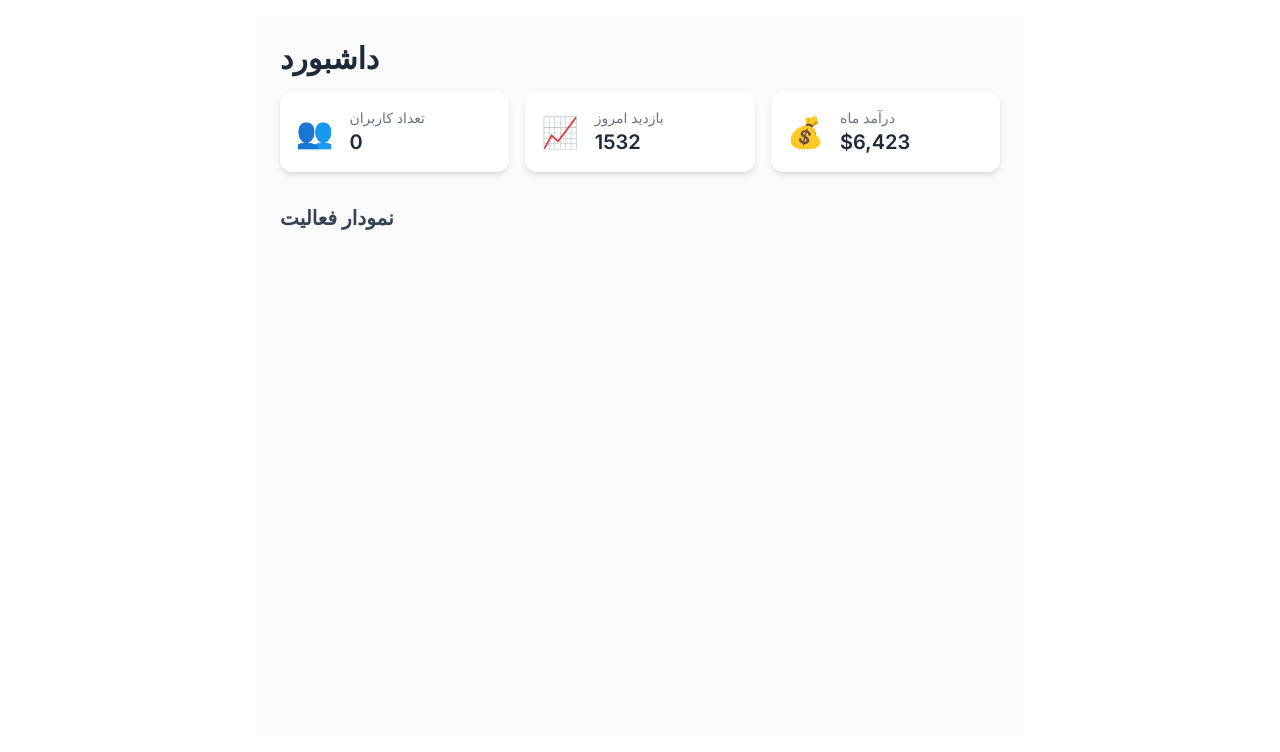
Repository: madmaxmehdi44/location-server
Page: /dashboard
These files come from the project's save history. The page is drawn as it stood at one moment and after the next save; the edit follows.
The browser window is 1280 px wide. The pictures show the whole page.
The page's requests for data from a server got no answer. The project was rebuilt for these pictures with package versions that can differ from the ones it lists, and the page was loaded fresh each time. The framework's server and built-in components were replaced by stand-ins that run in the browser. No one was signed in, and anything a server would have sent is missing. Also part of the build but not shown: next.config.ts.

Above is the page before, as saved 2025-08-09 04:03:38.

### app/layout.tsx
// app/layout.tsx
import 'leaflet/dist/leaflet.css'
import './globals.css'
import { Inter } from 'next/font/google'

const inter = Inter({ subsets: ['latin'] })

export const metadata = {
  title: 'Location Tracker',
  description: 'داشبورد با نقشه و موقعیت کاربران',
}

export default function RootLayout({ children }: { children: React.ReactNode }) {
  return (
    <html lang="fa">
      <body className={inter.className}>
        <main style={{ maxWidth: 800, margin: '0 auto', padding: 16 }}>
          {children}
        </main>
      </body>
    </html>
  )
}

### app/dashboard/page.tsx
/* eslint-disable @typescript-eslint/no-unused-vars */
// app/dashboard/page.tsx
'use client';

import { useEffect, useState } from 'react';
import { Chart } from 'chart.js/auto';
import dynamic from 'next/dynamic';
import Image from 'next/image';
import Card from '../components/Card';

// Load chart dynamically (if it's heavy)
const ChartComponent = dynamic(() => import('../components/ChartComponent'), {
  ssr: false,
});

export default function Dashboard() {
  const [userCount, setUserCount] = useState(0);

  useEffect(() => {
    // مثال: دریافت آمار از API
    fetch('/api/users/count')
      .then(res => res.json())
      .then(data => setUserCount(data.total));
  }, []);

  return (
    <div className="p-6 bg-gray-50 min-h-screen">
      <h1 className="text-3xl font-bold text-gray-800 mb-4">داشبورد</h1>

      <div className="grid grid-cols-1 md:grid-cols-3 gap-4">
        <Card title="تعداد کاربران" value={userCount} icon="👥" />
        <Card title="بازدید امروز" value="1532" icon="📈" />
        <Card title="درآمد ماه" value="$6,423" icon="💰" />
      </div>

      <div className="mt-8">
        <h2 className="text-xl font-semibold text-gray-700 mb-2">نمودار فعالیت</h2>
        {/* <ChartComponent /> */}
      </div>
    </div>
  );
}

### app/components/Card.tsx
// components/Card.tsx
type Props = {
    title: string;
    value: string | number;
    icon?: string;
  };

  export default function Card({ title, value, icon }: Props) {
    return (
      <div className="bg-white shadow-md rounded-xl p-4 flex items-center space-x-4">
        <span className="text-3xl">{icon}</span>
        <div>
          <h3 className="text-sm text-gray-500">{title}</h3>
          <p className="text-xl font-semibold text-gray-800">{value}</p>
        </div>
      </div>
    );
  }

### app/components/ChartComponent.tsx
// components/ChartComponent.tsx
import { useEffect, useRef } from 'react';
import Chart from 'chart.js/auto';

export default function ChartComponent() {
  const canvasRef = useRef<HTMLCanvasElement>(null);

  useEffect(() => {
    const ctx = canvasRef.current!.getContext('2d')!;
    new Chart(ctx, {
      type: 'line',
      data: {
        labels: ['شنبه', 'یکشنبه', 'دوشنبه', 'سه‌شنبه'],
        datasets: [{
          label: 'بازدید‌ها',
          data: [300, 450, 280, 610],
          borderColor: '#3b82f6',
          backgroundColor: 'rgba(59,130,246,0.2)',
          tension: 0.3
        }]
      },
      options: {
        responsive: true,
      }
    });
  }, []);

  return <canvas ref={canvasRef} className="w-full h-64" />;
}

Loaded but not shown: app/globals.css (common file)

After the next save:
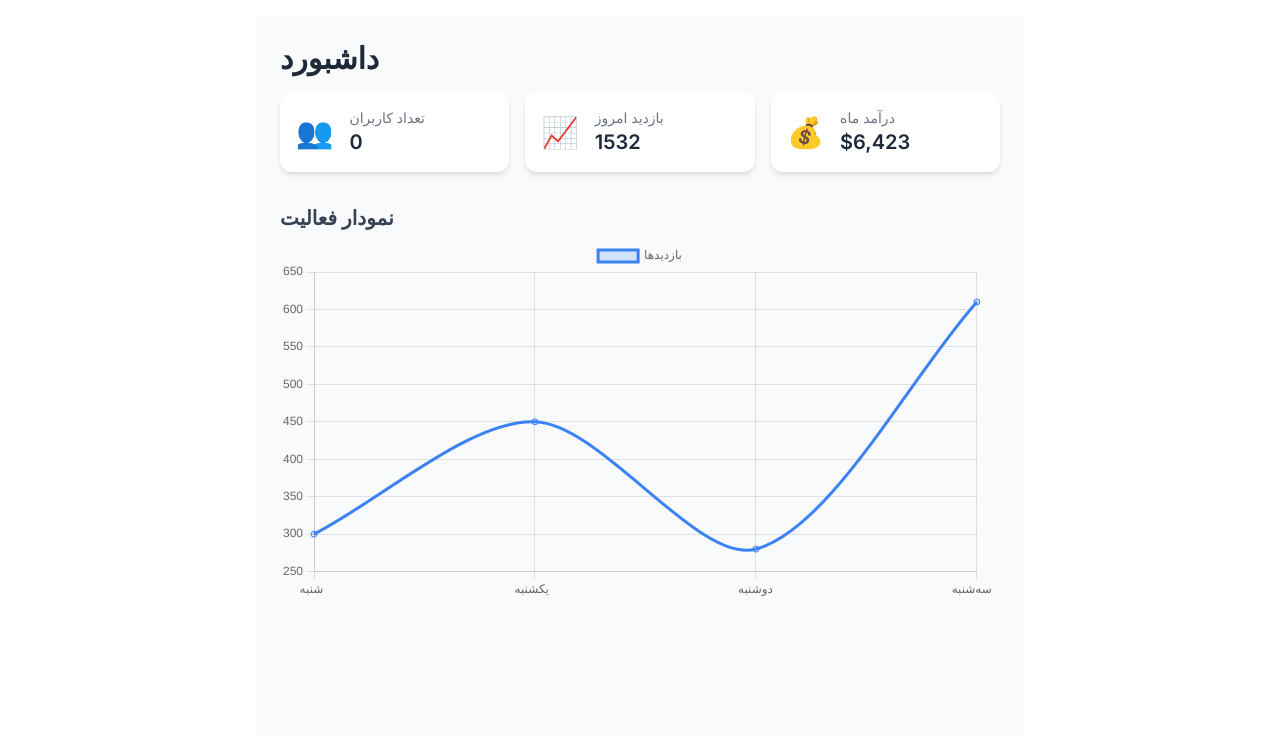
Saved 3 min 7 s later.
--- a/app/dashboard/page.tsx
+++ b/app/dashboard/page.tsx
@@ -35,7 +35,7 @@ export default function Dashboard() {
 
       <div className="mt-8">
         <h2 className="text-xl font-semibold text-gray-700 mb-2">نمودار فعالیت</h2>
-        {/* <ChartComponent /> */}
+        <ChartComponent />
       </div>
     </div>
   );
